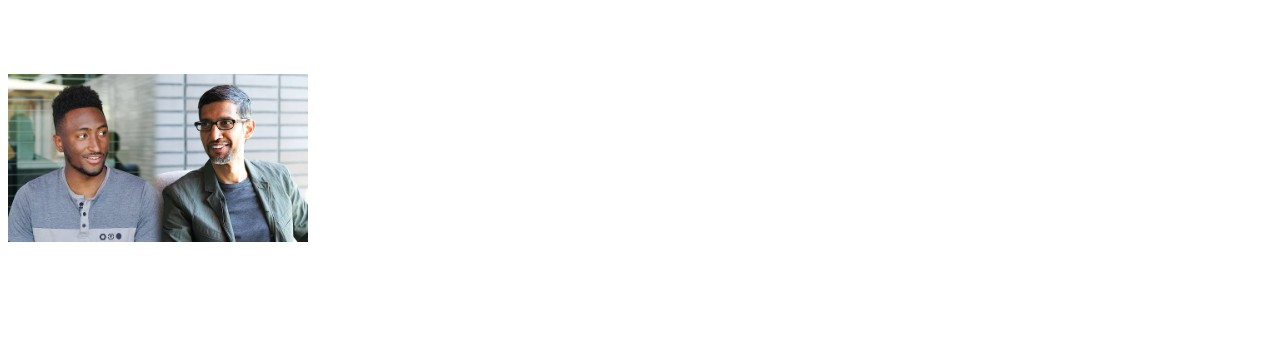
Repository: RagulRanjeeth/Frontend
Page: CloneYoutube/index.html
These files come from the project's save history. The page is drawn as it stood at one moment and after the next save; the edit follows.
The browser window is 1280 px wide. The pictures show the whole page.

Above is the page before, as saved 2026-01-22 13:59:38.

After the next save:
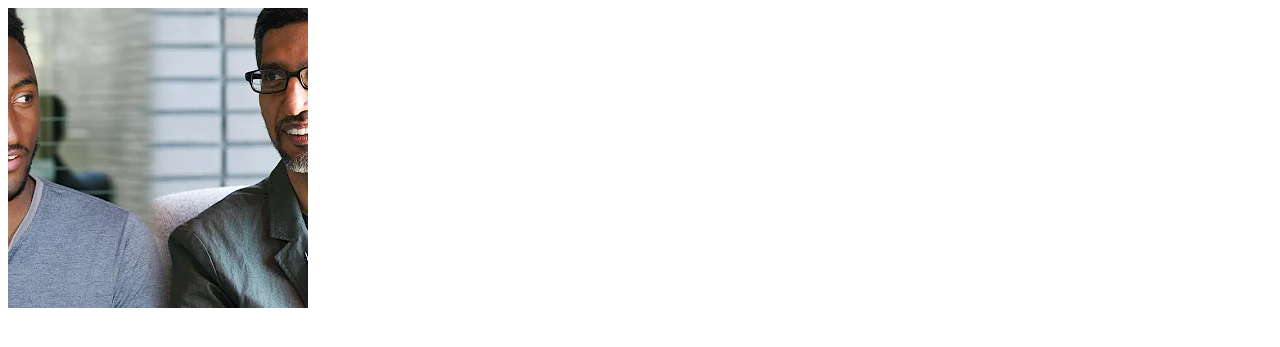
Saved 5 min 34 s later.
--- a/CloneYoutube/Styles.css
+++ b/CloneYoutube/Styles.css
@@ -1,6 +1,6 @@
 .Thumbnails{
     width: 300px;
     height:300px;
-    object-fit: contain;
+    object-fit: none;
     object-position:center;
 }

After the save that followed:
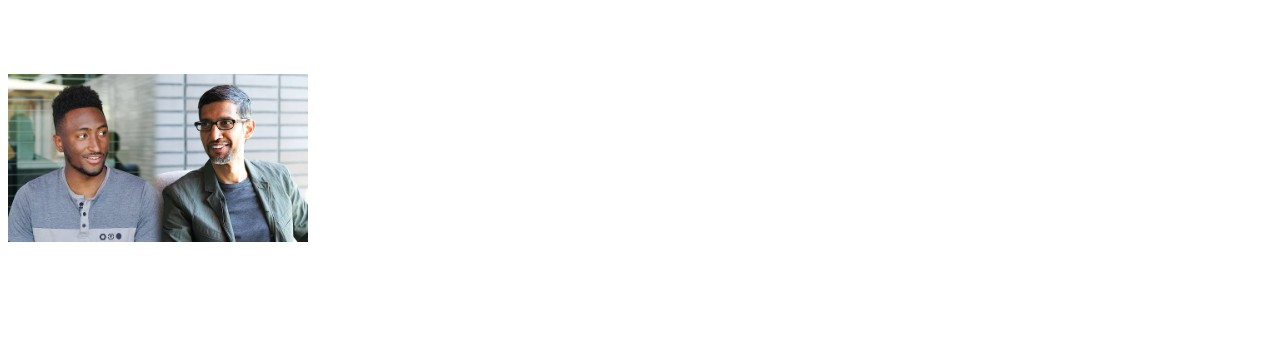
Saved 11 s later.
--- a/CloneYoutube/Styles.css
+++ b/CloneYoutube/Styles.css
@@ -1,6 +1,6 @@
 .Thumbnails{
     width: 300px;
     height:300px;
-    object-fit: none;
+    object-fit: scale-down;
     object-position:center;
 }
